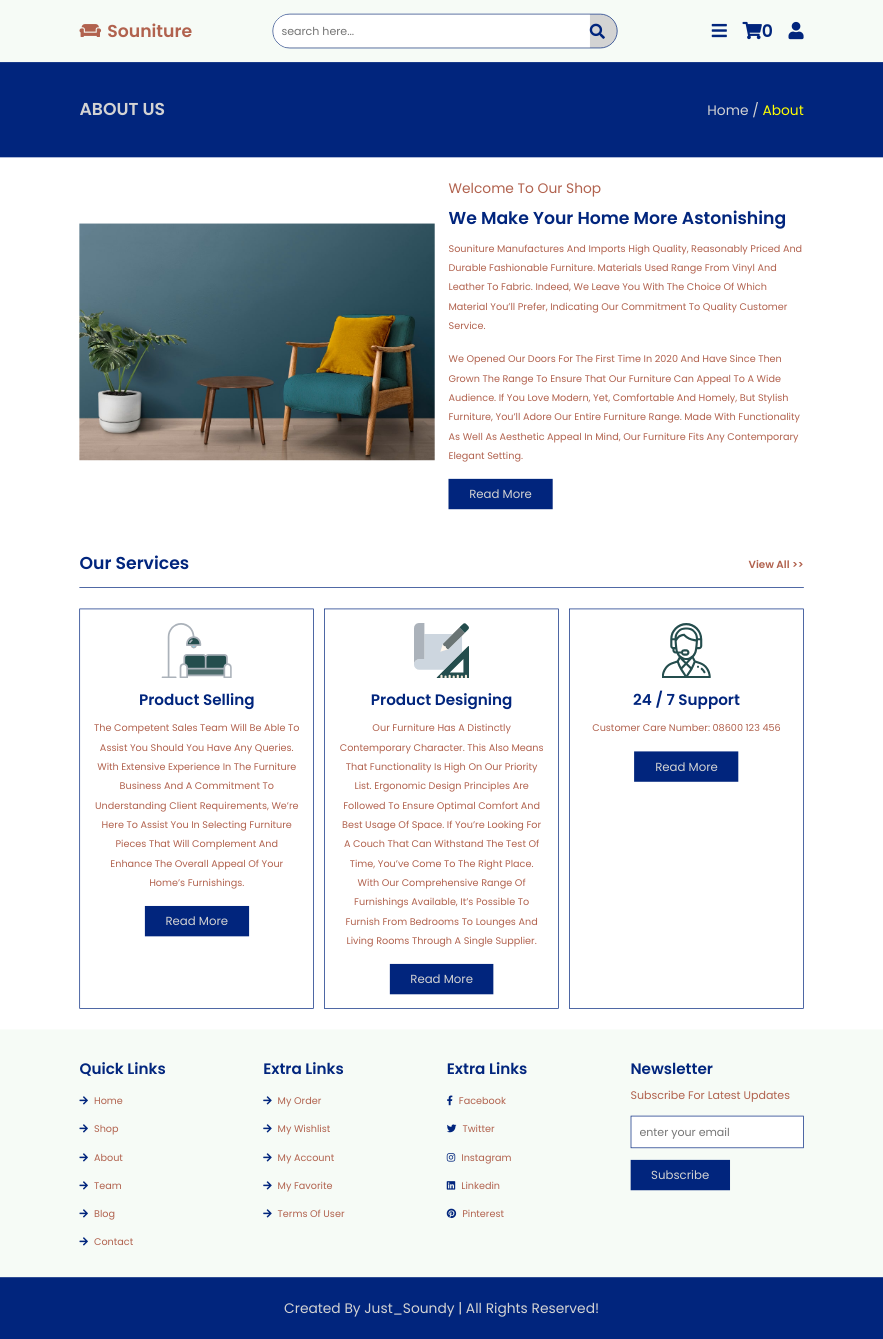
Repository: spencersoundy/furniture-store
Page: about.html
The author's editor kept a copy of each file at every save. The page is drawn from the files as they stood at one save, then again after a run of saves.
The browser window is 1280 px wide. The pictures show the whole page, at 69% of full size.

Above is the page before, as saved 2023-05-04 17:12:09.
Console error: TypeError: Cannot read properties of null (reading 'addEventListener')

After the next 2 saves:
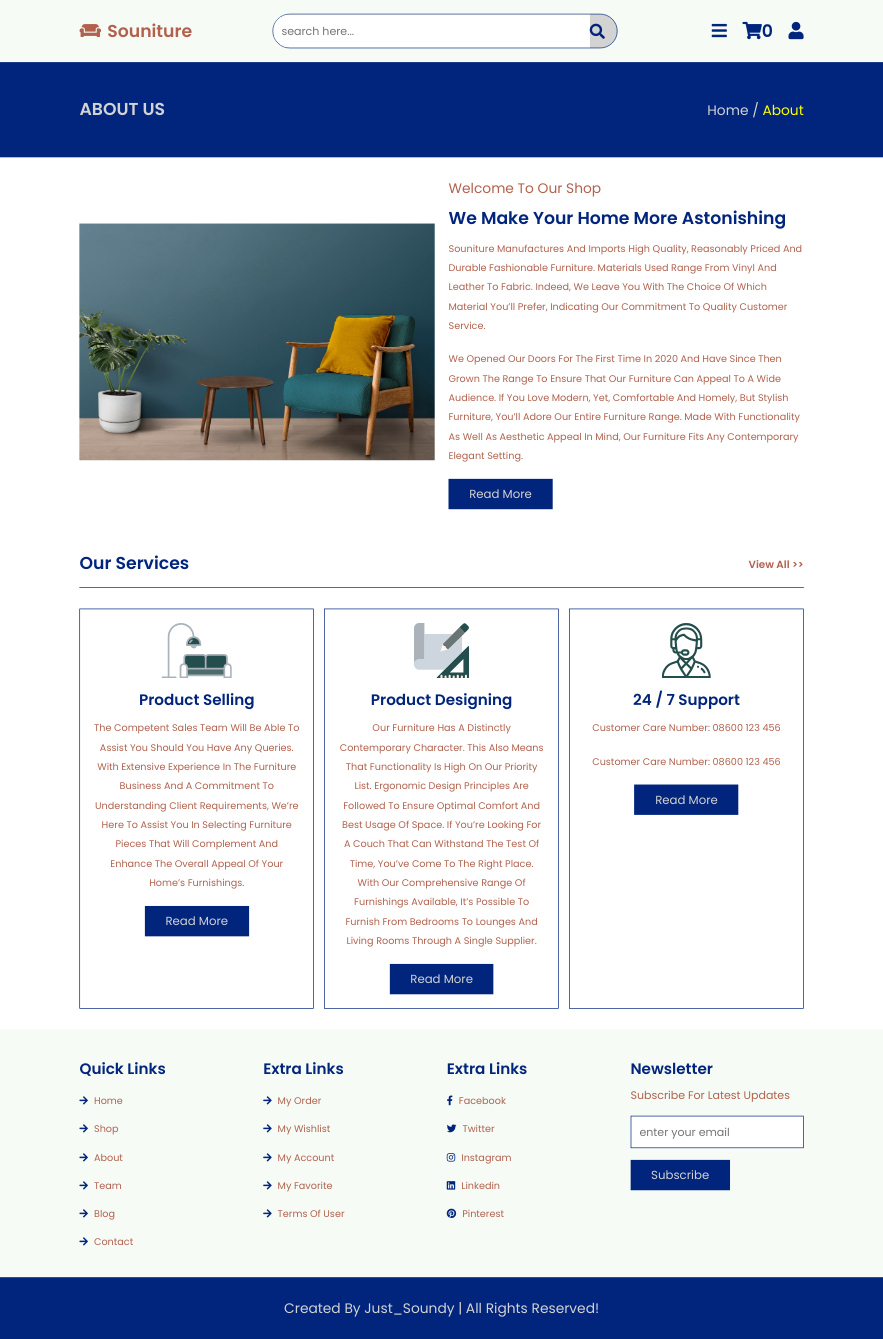
The 2 saves are shown as one change because they came seconds apart.
The last was saved 14 s later.
--- a/about.html
+++ b/about.html
@@ -141,6 +141,7 @@
             <img src="image/serv-3.svg" alt="">
             <h3>24 / 7 support</h3>
             <p>customer care number: 08600 123 456</p>
+            <p>customer care number: 08600 123 456</p>
             <a href="#" class="btn">read more</a>
         </div>
 
